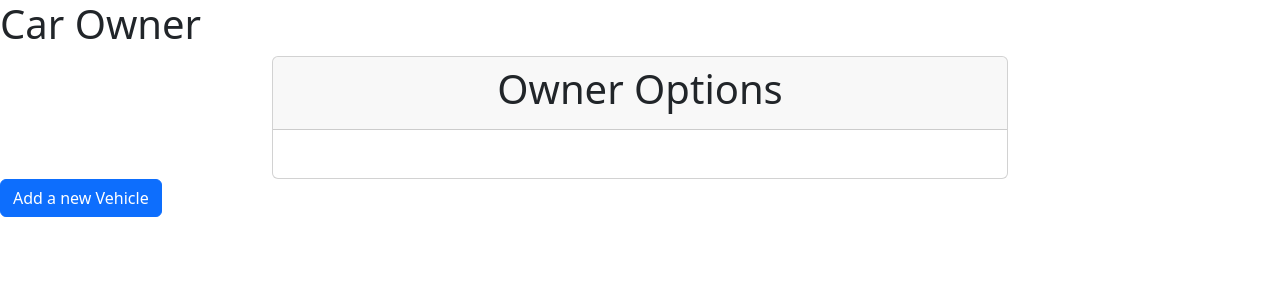
Repository: VimashaVishvani/VehicleRental
Page: http://localhost/Vehicle_rentalDb/carOwner.jsp
The author's editor kept a copy of each file at every save. The page is drawn from the files as they stood at one save, then again after the next save.
The browser window is 1280 px wide. The pictures show the whole page.
The page is served by Tomcat 9. Other server files are loaded and not shown.

Above is the page before, as saved 2024-05-08 18:58:51.

### Vehicle_rentalDb/src/main/webapp/carOwner.jsp
<%@ page language="java" contentType="text/html; charset=ISO-8859-1" pageEncoding="ISO-8859-1"%>
<%@ taglib prefix="c" uri="http://java.sun.com/jsp/jstl/core"%>
<!DOCTYPE html>
<html>
<head>
    <meta charset="ISO-8859-1">
    <title>Car Owner</title>
    <link href="https://cdn.jsdelivr.net/npm/bootstrap@5.3.3/dist/css/bootstrap.min.css" rel="stylesheet" integrity="sha384-QWTKZyjpPEjISv5WaRU9OFeRpok6YctnYmDr5pNlyT2bRjXh0JMhjY6hW+ALEwIH" crossorigin="anonymous">
</head>
<body>

<h1>Car Owner</h1>

<div class="container">
    <div class="row">
        <div class="col-md-8 offset-md-2">
            <div class="card">
                <div class="card-header">
                    <h1 class="text-center">Owner Options</h1>
                </div>
                <div class="card-body">
                    <table class="table">
                        <c:forEach var="user" items="${userDetails}">
                            <tr>
                                <td>Customer ID</td>
                                <td>${user.id}</td>
                            </tr>
                            <tr>
                                <td>Customer Name</td>
                                <td>${user.name}</td>
                            </tr>
                            <tr>
                                <td>Customer Email</td>
                                <td>${user.gmail}</td>
                            </tr>
                            <tr>
                                <td>Customer Phone</td>
                                <td>${user.phoneNumber}</td>
                            </tr>
                        </c:forEach>
                    </table>
                </div>
            </div>
        </div>
    </div>
</div>

<c:set var="userId" value="${userDetails[0].id}" />
<a href="addVehicle.jsp?id=${userId}&result=a" class="btn btn-primary">Add a new Vehicle</a>

</body>
</html>

After the next save:
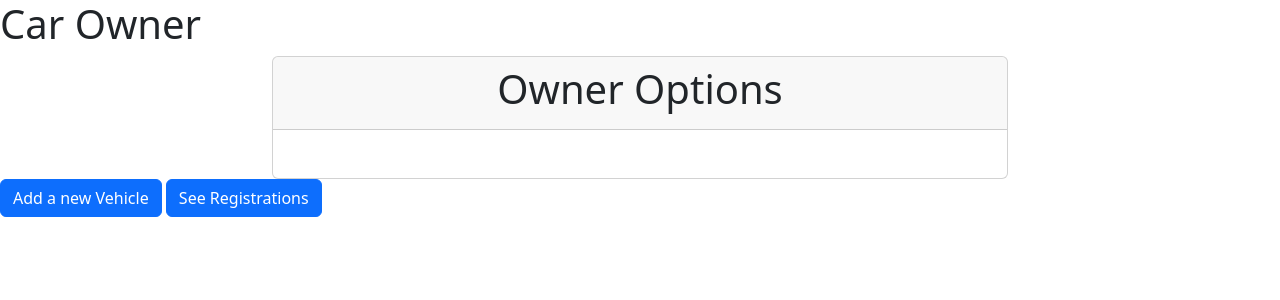
Saved 61 s later.
--- a/Vehicle_rentalDb/src/main/webapp/carOwner.jsp
+++ b/Vehicle_rentalDb/src/main/webapp/carOwner.jsp
@@ -47,6 +47,7 @@
 
 <c:set var="userId" value="${userDetails[0].id}" />
 <a href="addVehicle.jsp?id=${userId}&result=a" class="btn btn-primary">Add a new Vehicle</a>
+<a href="carOwner/seeRegistrations.jsp?id=${userId}&result=a" class="btn btn-primary">See Registrations</a>
 
 </body>
 </html>
